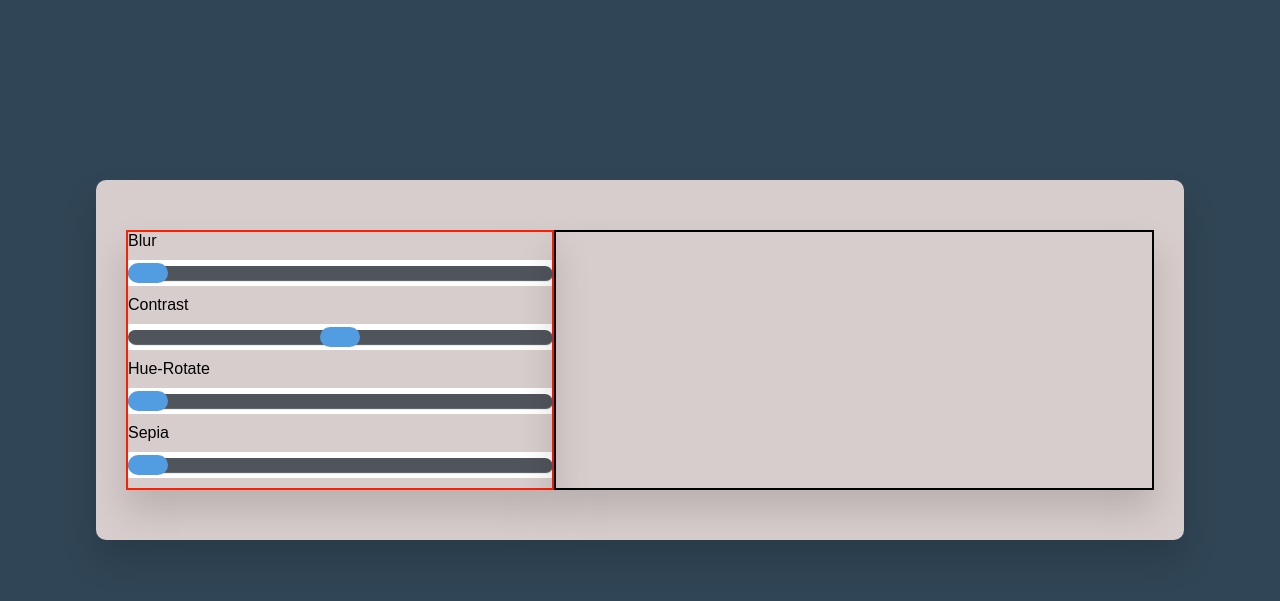
Repository: Larrowo/Challenges
Page: Photo filter/index.html
These files come from the project's save history. The page is drawn as it stood at one moment and after the next save; the edit follows.
The browser window is 1280 px wide. The pictures show the whole page.

Above is the page before, as saved 2022-04-01 12:36:24.

After the next save:
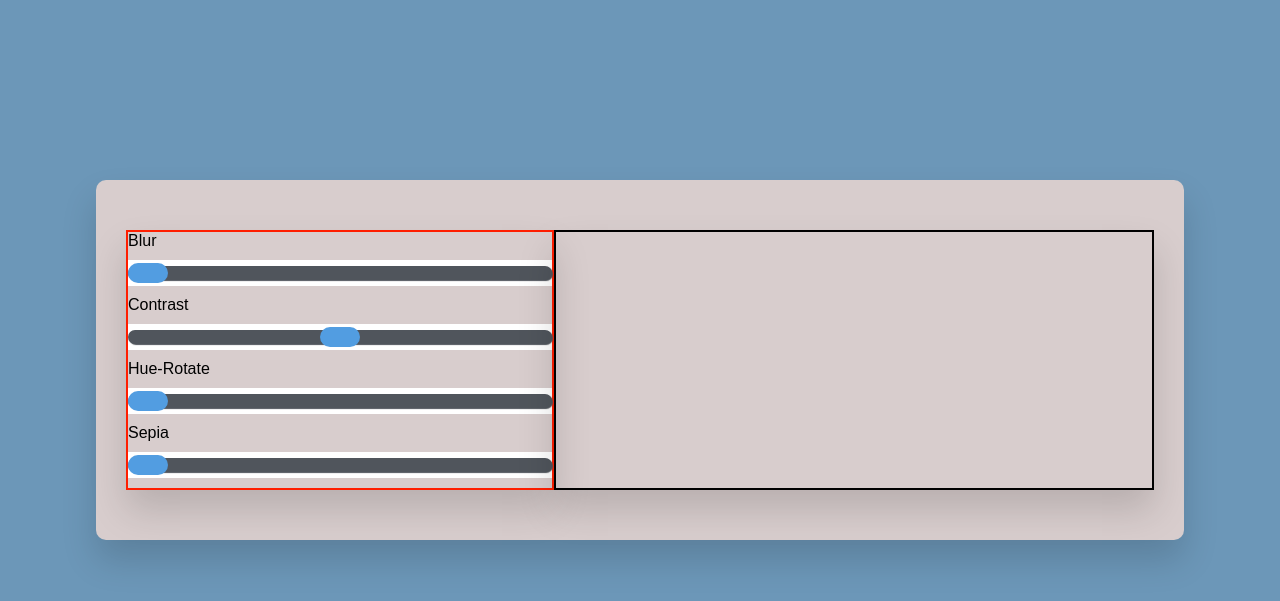
Saved 23 s later.
--- a/Photo filter/style.css
+++ b/Photo filter/style.css
@@ -6,7 +6,7 @@
 }
 
 body{
-    background-color: #304555;
+    background-color: #6c97b8;
 }
 
  .wrapper{

After the save that followed:
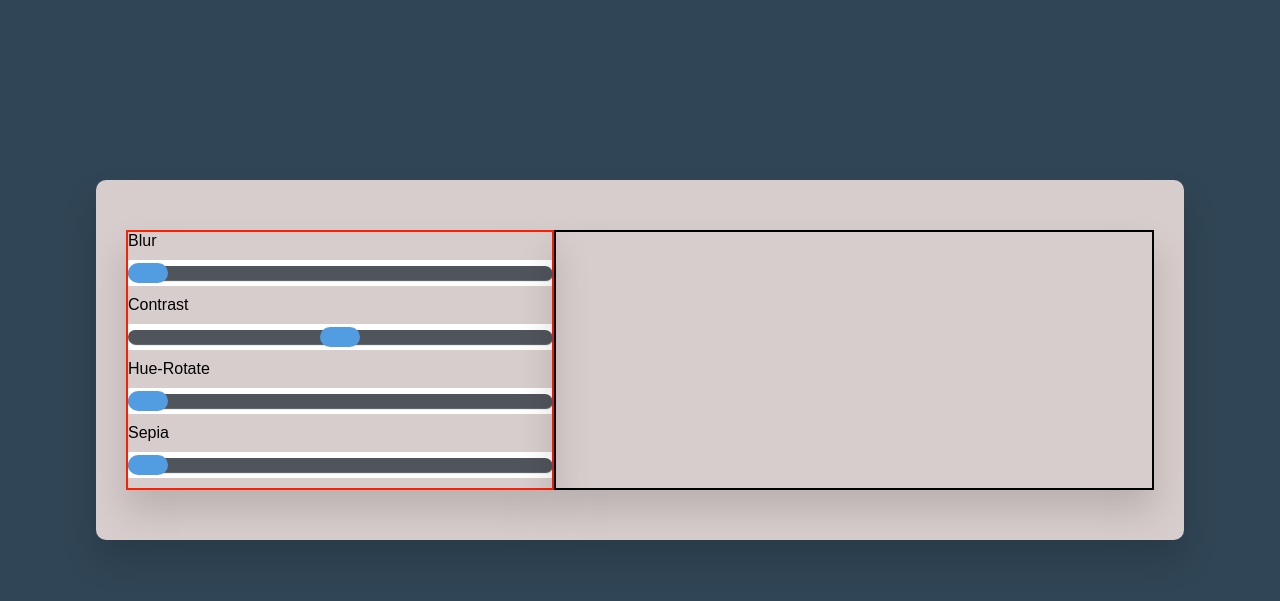
Saved 5 s later.
--- a/Photo filter/style.css
+++ b/Photo filter/style.css
@@ -6,7 +6,7 @@
 }
 
 body{
-    background-color: #6c97b8;
+    background-color: #304555;
 }
 
  .wrapper{
